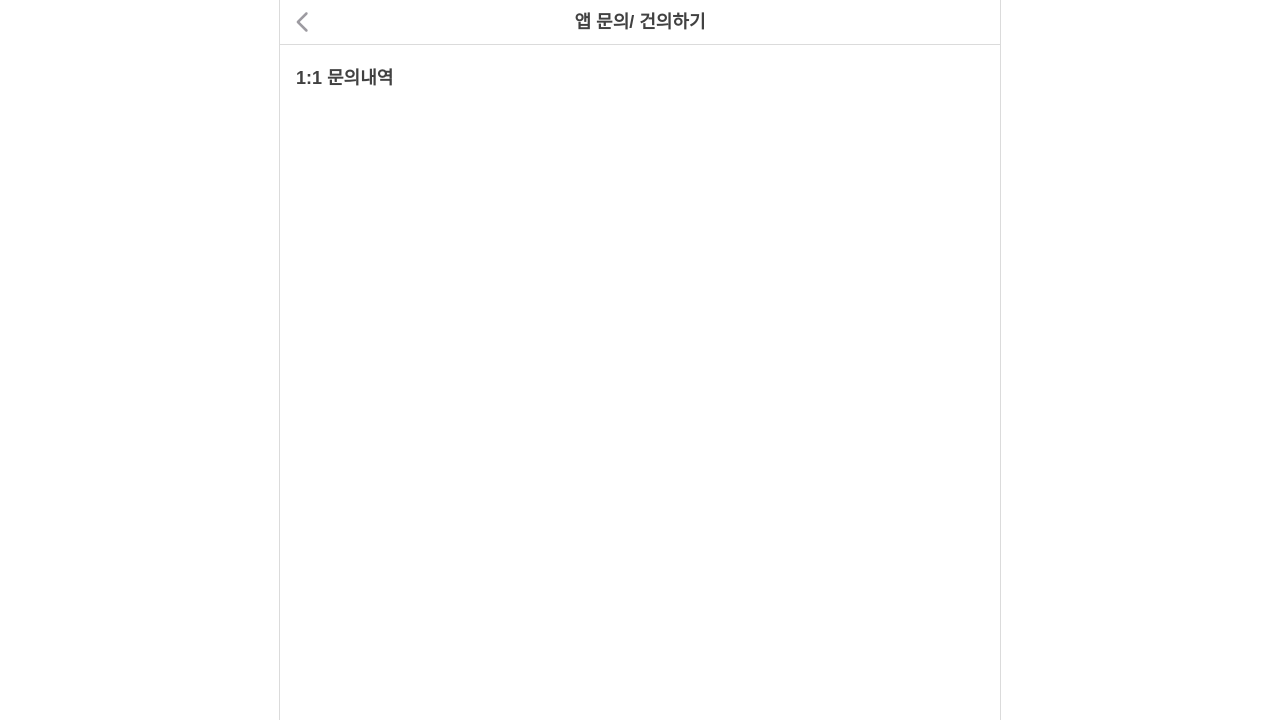
Repository: gosun1018/denguru
Page: my_complain_write.html
An editor plug-in stored every save of this project. The page is shown before and after the next save, followed by the edit.
The browser window is 1280 px wide. The pictures show the whole page.
Some web fonts or font styles are not loaded; a fallback is used. The style sheet was rebuilt from its Sass, Less or Tailwind sources for each picture, by a compiler version that may differ from the author's.

Above is the page before, as saved 2020-03-23 15:39:38.

### my_complain_write.html
<!DOCTYPE html>
<html lang="en">
<head>
    <meta charset="UTF-8">
    <meta name="viewport" content="width=device-width, initial-scale=1.0">
    <title>DENGURU:: 앱 문의/ 건의하기</title>
    <link rel="stylesheet" href="css/main.css">
</head>
<body>
    <div class="wrap">
        <header class="header03 header03_white">
            <h1 class="h_title">앱 문의/ 건의하기</h1>
            <div class="btn_box">
                <a href="javascript:history.back();" class="btn_goback btn_left">
                    <img src="images/icon-goback.svg" alt="이전페이지" class="icon">
                </a>
            </div>
        </header>

        <div class="main">
            <div class="pd_header03"></div>
            <div class="complain_container">
                <h2 class="title08">1:1 문의내역</h2>

                <div class="complain_write_container">
                    <form onsubmit="return false;">


                    </form>
                </div>
            </div>
        </div>
    </div>
</body>
</html>

### css/scss/main.scss
@charset "utf-8";

//utils
@import "utils/variables";
@import "utils/mixins";
@import "utils/animations";

// base
@import "base/reset";
@import "base/layout";
@import "base/typography";

//modules
@import "modules/swipercustom";
@import "modules/form";
@import "modules/button";
@import "modules/popup";
@import "modules/popover";
@import "modules/toast";
@import "modules/pagination";

//component
@import "component/header";
@import "component/navigation";
@import "component/itemlist";
@import "component/reviewlist";
@import "component/taglist";
@import "component/postlist";
@import "component/postcontent";

//pages
@import "pages/mainpg";
@import "pages/search";
@import "pages/resister-pet";
@import "pages/review";
@import "pages/home-item-info";
@import "pages/gostore";
@import "pages/password-mail-complete";
@import "pages/storelist";
@import "pages/my-main";
@import "pages/my-notification";
@import "pages/members";
@import "pages/withdrawal";
@import "pages/order-history";
@import "pages/mycomplain";

### css/scss/utils/_variables.scss
@import url(https://cdn.jsdelivr.net/gh/moonspam/NanumSquare@1.0/nanumsquare.css);

//base color
$main-color: #7953d0;//#5f4899;
$main-bold-color: #5b13d6;
$secondary-color: #ffb025;
$accent-color: #ff4d7e;//#d72d5c;
$primary-color: #0095c6;
$bg-gray-color: #f3f1f6;

//gray-scale
$gray-0: #fff;
$gray-1: #f5f5f5;
$gray-2: #dbdbdb;
$gray-3: #bdbdbd;
$gray-4: #9e9e9e;
$gray-5: #747474;
$gray-6: #616161;
$gray-7: #414141;
$gray-8: #141414;

//FONT

//font-color
$bold-font-color: $gray-8;
$base-font-color: $gray-7;
$light-font-color: $gray-6;
$x-light-font-color: $gray-5;
$main-font-color: $main-color;
$main-bold-font-color: $main-bold-color;
$accent-font-color: $accent-color;
$primary-font-color: $primary-color;

//font-family
$base-font-family: 'NanumSquare','Apple SD Gothic Neo','Malgun Gothic',arial,sans-serif;

//font-size
$base-font-size: 14px;
$xsmall-font-size: ceil($base-font-size * 0.71); //10px
$small-font-size: ceil($base-font-size * 0.85); //12px
$mid-font-size: ceil($base-font-size * 0.92); //13px
$large-font-size: ceil($base-font-size * 1.14); //16px

$title-font-size: ceil($base-font-size * 1.28); //18px

//line-height
$base-line-height: 1.4;
$narrow-line-height: 1.2;
$mid-line-height: 1.6;
$wide-line-height: 1.8;

//
$layout-base-padding: 16px;
$layout-small-padding: $layout-base-padding / 2;
$layout-large-padding: $layout-base-padding * 1.5;

// border
$base-border: 1px solid $gray-3;
$light-border: 1px solid $gray-2;
$x-light-border: 1px solid $gray-1;
$main-border: 1px solid $main-color;
$secondary-border: 1px solid $secondary-color;
$accent-border: 1px solid $accent-color;
$primary-border: 1px solid $primary-color;

//border-radius
$base-border-radius: 5px;
$large-border-radius: 10px;

// fixed component height
$gnb-bottom-height: $layout-base-padding * 3.5;
$nav-gostore-height: 48px;

$header-height01: $layout-base-padding * 3.5;
$header-height02: $layout-base-padding * 3.5;
$header-height03: 45px;
$header-height04: 45px;
$header-height05: 45px;
$header-height06: $layout-base-padding * 3.5;

### css/scss/utils/_mixins.scss
@mixin clearfix {
    &:after {
        content: '';
        display: block;
        clear: both;
    }
}

@mixin position-center($position) {
    position: $position;
    top: 50%;
    left: 50%;
    transform: translate(-50%, -50%);
}

@mixin one-line-ellipsis {
    white-space: nowrap;
    text-overflow: ellipsis;
    overflow: hidden;
}

@mixin multi-line-ellipsis ($line-height, $lines) {
    overflow: hidden;
    text-overflow: ellipsis;
    display: -webkit-box;
    -webkit-line-clamp: $lines;
    -webkit-box-orient: vertical;
    word-wrap: break-word;
    line-height: $line-height;
    height: $line-height * $lines * 1em;
}

@mixin circle ($box-size) {
    width: $box-size;
    height: $box-size;
    border-radius: $box-size / 2;
}

@mixin blind {
    position: absolute;
    overflow: hidden;
    clip: rect(0 0 0 0);
    margin: -1px;
    width: 1px;
    height: 1px;
}

@mixin layout-frame {
    width: 100%;
    max-width: 720px;
    min-width: 320px;
}

@mixin thumnail {
    position: relative;
    overflow: hidden;

    .img {
        position: absolute;
        top: 0;
        left: 0;
        width: 100%;
        height: 100%;
        object-fit: cover;
    }
}

@mixin thumnail-border($radius) {
    position: relative;

    &:after {
        content: '';
        position: absolute;
        top: 0;
        left: 0;
        width: 100%;
        height: 100%;
        box-sizing: border-box;
        border: 1px solid rgba($gray-2, 0.5);
        border-radius: $radius;
    }
}

@mixin btn-color-full($color) {
    background-color: $color;
    border: 1px solid $color;
}

### css/scss/utils/_animations.scss
@keyframes width-0-to-100 {
    from {
        width: 0;
    }

    to {
        width: 100%;
    }
}

### css/scss/base/_reset.scss
/* http://meyerweb.com/eric/tools/css/reset/
   v2.0 | 20110126
   License: none (public domain)
*/

html, body, div, span, applet, object, iframe, h1, h2, h3, h4, h5, h6, p, blockquote, pre, a, abbr, acronym, address, big, cite, code, del, dfn, em, img, ins, kbd, q, s, samp, small, strike, strong, sub, sup, tt, var, b, u, i, center, dl, dt, dd, ol, ul, li, fieldset, form, label, legend, table, caption, tbody, tfoot, thead, tr, th, td, article, aside, canvas, details, embed, figure, figcaption, footer, header, hgroup, menu, nav, output, ruby, section, summary, time, mark, audio, video {
    margin: 0;
    padding: 0;
    border: 0;
    font-size: 100%;
    font: inherit;
    vertical-align: baseline; }

  /* HTML5 display-role reset for older browsers */

  article, aside, details, figcaption, figure, footer, header, hgroup, menu, nav, section {
    display: block; }

  body {
    line-height: 1; }

  ol, ul {
    list-style: none; }

  blockquote, q {
    quotes: none; }

  blockquote {
    &:before, &:after {
      content: '';
      content: none; } }

  q {
    &:before, &:after {
      content: '';
      content: none; } }

  table {
    border-collapse: collapse;
    border-spacing: 0; }

  a {
    color: inherit;
    text-decoration: none;
  }
  :focus {
    outline-color: $main-color;
  }

### css/scss/base/_layout.scss
body {
    display: flex;
    min-height: 100vh;
    font-family: $base-font-family;
}
.blind {
    @include blind;
}
.clearfix {
    @include clearfix;
}
.wrap {
    display: flex;
    flex-direction: column;
    flex: 1;
    @include layout-frame;
    margin: 0 auto;
    background-color: $bg-gray-color;
}
@media screen and (min-width: 722px) {
    .wrap {
        border-right: $light-border;
        border-left: $light-border;
    }
}
.main {
    display: flex;
    flex-direction: column;
    min-height: 100vh;
}
.img_box {
    font-size: 0;

    .img {
        width: 100%;
        font-size: 12px;
    }
}
.vis_hidden {
    visibility: hidden;
}
.sect01 {
    padding: $layout-base-padding*3 0 0;
    margin-bottom: $layout-base-padding;
    background-color: $gray-0;

    .btn_box_bottom {
        margin-top: $layout-large-padding;
    }
    .btn_more {
        display: block;
        height: $layout-base-padding * 3;
        line-height: $layout-base-padding * 3;
        font-size: $base-font-size;
        border-top: $light-border;
        text-align: center;
        color: $main-font-color;
        font-weight: bold;

        .icon {
            width: 1.1em;
            vertical-align: middle;
        }
    }
}
.sect02 {
    padding: $layout-base-padding*3 0;
    margin-bottom: $layout-base-padding;
    background-color: $gray-0;

    .swiper-pagination {
        bottom: 0;
    }
    .items_wrap {
        padding-bottom: 10px;
    }
}
.sect03 {
    padding: $layout-small-padding;
    background-color: $gray-0;
}
.sect04 {
    margin-top: $layout-base-padding;
    background-color: $gray-0;
}
.sect05 {
    padding: $layout-large-padding 0;
    background-color: $gray-0;
}
.sect06 {
    padding: $layout-base-padding*2 0;
    background-color: $gray-0;
}
.sect_ad01 {
    font-size: 0;

    .bnr {
        width: 100%;
        font-size: 12px;
    }
}
.mt_head02 {
    margin-top: $layout-base-padding * 3.5;
}

### css/scss/base/_typography.scss
.txt_center {
    text-align: center;
}
.txt_left {
    text-align: left;
}
.txt_right {
    text-align: right;
}
.emph_color_main {color: $main-font-color;}
.emph_color_accent {color: $accent-font-color;}
.emph_color_primary {color: $primary-font-color;}
.title01 {
    margin: 0 $layout-base-padding $layout-large-padding;
    font-size: $title-font-size;
    font-weight: 900;
    color: $bold-font-color;

    .emph {
        color: $main-font-color;
    }
}
.title02 {
    font-size: $large-font-size;
    font-weight: bold;
    color: $bold-font-color;
}
.title03 {
    padding: 0 $layout-base-padding;
    margin-bottom: $layout-base-padding;
    font-size: $title-font-size;
    font-weight: 900;
    color: $bold-font-color;

    .emph {
        color: $main-font-color;
    }
}
.title04 {
    display: flex;
    justify-content: space-between;
    align-items: center;
    padding: 0 $layout-base-padding;
    height: 40px;
    border-bottom: $light-border;

    .tit {
        font-size: $large-font-size;
        font-weight: bold;
        color: $base-font-color;
    }
    .tit_sub01 {
        font-size: $base-font-size;
        color: $main-font-color;
    }
}
.title05 {
    margin: 0 $layout-base-padding;
    padding-top: $layout-small-padding;
    font-size: $large-font-size;
    font-weight: bold;
    color: $bold-font-color;

    .tit_sub {
        font-size: $mid-font-size;
        font-weight: normal;
        color: $base-font-color;
    }
}
.title06 {
    font-size: $large-font-size;
    color: $bold-font-color;
}
.title07 {
    font-size: $base-font-size;
    color: $bold-font-color;
}
.title08 {
    font-size: $title-font-size;
    font-weight: bold;
    color: $base-font-color;
}
.title09 {
    font-size: $large-font-size;
    font-weight: bold;
    color: $base-font-color;
}
.sub_title01 {
    padding-left: $layout-small-padding;
    margin: 0 $layout-base-padding;
    border-left: $base-border;
    font-size: $mid-font-size;
    color: $base-font-color;
    line-height: $base-line-height;

    .emph01 {
        font-size: 1.076em;
        font-weight: bold;
        color: $main-font-color;
    }
    .emph02 {
        font-weight: bold;
    }
}
.paragraph01 {
    font-size: $base-font-size;
    color: $base-font-color;
    line-height: $base-line-height;
}

### css/scss/modules/_swipercustom.scss
.swiper-pagination {

    .swiper-pagination-bullet {
        width: 10px;
        height: 10px;
    }
}
.swiper-container-horizontal>.swiper-pagination-bullets .swiper-pagination-bullet {
    margin: 0 $layout-small-padding;
}

.pagination_main {

    .swiper-pagination-bullet-active {
        background-color: $main-color;
    }
}
.swiper-pagination {font-size: 0;}

.items_wrap.swiper-container {
    padding: 0 $layout-base-padding 10px;
}

### css/scss/modules/_popover.scss
.popover_container {
    position: relative;
}
.popover {
    display: none;
    position: absolute;
    padding: 8px;
    border-radius: $base-border-radius;
    word-break: keep-all;
    font-size: $base-font-size;
    line-height: $base-line-height;
    box-shadow: 0 1px 4px rgba(0,0,0,0.15);

    &:before {
        content: '';
        position: absolute;
        display: block;
        width: 0;
        height: 0;
        border: 5px solid transparent;
    }
    &.show {
        display: block;
    }
}
.popover_main {
    background-color: $main-color;
    color: $gray-0;

    &.popover_right_top:before {
        border-bottom-color: $main-color;
    }
}
.popover_right_top{
    top: calc(100% + 5px);
    right: -3px;

    &:before {
        top: -10px;
        right: 5px;
    }
}

### css/scss/modules/_toast.scss
.toast_box {
    position: fixed;
    bottom: $gnb-bottom-height;
    left: $layout-base-padding;
    right: $layout-base-padding;
    display: flex;
    justify-content: center;
    align-items: center;
    padding: $layout-small-padding;
    min-height: 48px;
    box-sizing: border-box;
    background-color: rgba(0,0,0,0.85);
    color: #fff;
    font-size: $base-font-size;
    line-height: $base-line-height;
    text-align: center;
    word-break: keep-all;
    border-radius: $large-border-radius;
    overflow: hidden;
    visibility: hidden;
    opacity: 0;
    transition: opacity .5s, visibility .5s, transform .5s;
    z-index: 900;

    &.show {
        opacity: 1;
        visibility: visible;
        transform: translate(0, $layout-small-padding*-1);
    }
}

### css/scss/modules/_pagination.scss
.pagination01 {
    display: flex;
    justify-content: center;

    .page {
        height: 24px;
        min-width: 24px;
        padding: 0 3px;
        box-sizing: border-box;
        border-radius: 12px;
        margin: 0 4px;
        text-align: center;
        font-size: $base-font-size;
        line-height: 24px;
        color: $light-font-color;

        &.active {
            background-color: $main-color;
            color: $gray-0;
            font-weight: 900;
        }
        &.disabled {
            opacity: .5;
        }
    }
    .page_link {
        display: block;
        width: 100%;
        height: 100%;
    }
}

### css/scss/component/_taglist.scss
.tag_list01 {

    .tag_item {
        width: fit-content;
        float: left;

        .btn {
            margin: 0 4px;
        }
        &:first-child .btn {
            margin-left: $layout-base-padding;
        }
        &:last-child .btn {
            margin-right: $layout-base-padding;
        }

        &.active .btn {
            font-weight: bold;
            background-color: $secondary-color;
            border-color: $secondary-color;
        }
    }
}

### css/scss/component/_postlist.scss
.post_list_wrap {
    flex: 1;
    padding: $layout-small-padding 0 $layout-base-padding;
    background-color: $gray-0;

    .pagination01 {
        margin-top: $layout-base-padding * 2;
    }
}

.post_list01 {
    padding: 0 $layout-base-padding;

    .post_item {
        padding: $layout-base-padding 0;
        border-bottom: $light-border;
    }
    .post_date {
        margin-bottom: $layout-small-padding;
        font-size: $small-font-size;
        color: $light-font-color;
    }
    .post_title {
        font-size: $base-font-size;
        color: $bold-font-color;
        @include multi-line-ellipsis($base-line-height,2);
        height: auto;
        max-height: $base-line-height * 2em;

        .icon_new {
            height: 1em;
            vertical-align: middle;
        }
    }
}

### css/scss/component/_postcontent.scss
.post_content_wrap {
    flex: 1;
    display: flex;
    flex-direction: column;
}
.post_content_title_container {
    padding: $layout-base-padding;
    border-bottom: $light-border;

    .post_content_title {
        font-size: $large-font-size;
        line-height: $base-line-height;
        font-weight: bold;
        color: $base-font-color;
    }
    .post_content_date {
        margin-top: $layout-small-padding;
        font-size: $small-font-size;
        color: $light-font-color;
    }
}
.post_content_article {
    min-height: 200px;
    padding: $layout-large-padding $layout-base-padding;
    background-color: $gray-0;
    font-size: $mid-font-size;
    line-height: $mid-line-height;
    color: $base-font-color;
}
.post_content_link_container {
    flex: 1;
    padding: 0 $layout-base-padding;
    margin-top: $layout-base-padding;
    background-color: $gray-0;

    .post_content_link_box {
        margin-top: $layout-small-padding;
    }
    .post_content_link {
        display: flex;
        align-items: center;
    }
    .icon_box {
        width: 24px;
        height: 24px;

        .img {
            width: 100%;
            height: 100%;
        }
    }
    .post_page {
        margin: 0 $layout-small-padding;
        font-size: $mid-font-size;
        color: $base-font-color;
    }
    .post_title {
        font-size: $base-font-size;
        color: $bold-font-color;
        @include one-line-ellipsis;
    }

}

### css/scss/pages/_gostore.scss
.h_load_bar_box {
    display: none;
    width: 100%;
    height: 4px;
    background-color: $bg-gray-color;
    overflow: hidden;

    &.show {
        display: block;
    }

    .h_load_bar {
        width: 0;
        height: 100%;
        background-color: $main-color;
        border-radius: 0 2px 2px 0;
        animation: ease-in-out 5s forwards width-0-to-100;
    }
}

.load_gostore_container {
    display: none;
    flex: 1;
    box-sizing: border-box;
    flex-direction: column;
    background-color: $gray-0;

    &.show {
        display: flex;
    }

    .load_img_container {
        display: flex;
        flex: 7;
        justify-content: center;
        align-items: center;
    }
    .load_img_box {
        width: 140px;
        margin: 0 auto 22px;
    }
    .load_txt_box {
        text-align: center;

        .txt01 {
            font-size: 20px;
            color: $base-font-color;
            font-weight: 900;
        }
        .txt02 {
            margin-top: $layout-small-padding;
            font-size: $large-font-size;
            color: $base-font-color;
        }
        .emph {
            color: $main-font-color;
        }
    }
    .load_notice_container {
        display: flex;
        justify-content: center;
        align-items: center;
        flex: 3;
        background-color: $gray-1;
        text-align: center;
        font-size: $small-font-size;
        line-height: $base-line-height;
        color: $light-font-color;
    }
}
.page_store {
    display: none;
    flex: 1;
    overflow-y: auto;
    overflow-x: hidden;

    &.show {
        display: block;
    }
}

### css/scss/pages/_password-mail-complete.scss
.mail_complete_container {
    height: 100vh;
    display: flex;
    flex-direction: column;
    justify-content: center;
    align-items: center;
    background-color: $gray-0;

    .img_motion_box {
        width: 140px;
        margin: 0 auto;

        .img {
            width: 100%;
        }
    }
    .mail_complete_txt01 {
        margin-top: $layout-large-padding;
        text-align: center;
        font-size: 20px;
        line-height: $narrow-line-height;
        font-weight: 900;

        .emph {
            color: #8054ea;
        }
    }
    .mail_complete_txt02 {
        margin-top: 12px;
        text-align: center;
        font-size: $base-font-size;
        line-height: $base-line-height;
        color: $base-font-color;
    }
    .btn_box {
        margin-top: 60px;
        justify-content: center;
    }
    .btn_mail_success {
        width: 90px;
        height: 40px;
        font-size: $large-font-size;
        line-height: 40px;
    }
}

### css/scss/pages/_my-notification.scss
.notification_list_container {
    background-color: $gray-0;

    .notification_box {
        position: relative;
        padding: $layout-large-padding $layout-base-padding;

        &:not(:first-child):before {
            content: '';
            display: block;
            position: absolute;
            top: 0;
            left: $layout-base-padding;
            right: $layout-base-padding;
            height: 1px;
            background-color: $gray-1;
        }
    }
    .notification_new {
        background-color: $bg-gray-color;
    }
    .notification_link {
        display: flex;
    }
    .icon_box {
        flex-shrink: 0;
        width: 24px;
        height: 24px;
        margin-right: $layout-base-padding;
    }
    .notification_content {
        flex: 1;
    }
    .notification_title {
        font-size: $base-font-size;
        color: $bold-font-color;
        line-height: $base-line-height;
    }
    .notification_date {
        margin-top: 4px;
        font-size: $small-font-size;
        color: $light-font-color;
    }
    .notification_img {
        margin-top: $layout-base-padding;
    }
}

### css/scss/pages/_withdrawal.scss
.withdrawal_title_container {
    padding: $layout-base-padding*2 $layout-base-padding;
    background-color: $gray-0;

    .img_box {
        height: 64px;

        .img {
            height: 100%;
            object-fit: contain;
        }
    }
    .withdrawal_title {
        margin-top: $layout-base-padding;
        font-size: $title-font-size;
        font-weight: bold;
        color: $bold-font-color;
    }
}
.withdrawal_info_container {
    padding: $layout-large-padding 0;

    .withdrawal_item_num {
        font-weight: bold;
        color: $main-font-color;
    }
    .title07 {
        margin: 0 $layout-base-padding;
    }
}
.withdrawal_item_box {
    margin-bottom: $layout-large-padding;

    .withdrawal_item_list_container {
        margin-top: $layout-small-padding;
    }
    .thumb_box {
        width: 56px;
        height: 56px;
        overflow: hidden;
        border-radius: $base-border-radius;
        @include thumnail;
    }
    .withdrawal_item_bnr {
        margin: $layout-base-padding $layout-base-padding 0;
    }
}
.withdrawal_notice_box {
    padding: 0 $layout-base-padding;

    .withdrawal_notice {
        margin-top: $layout-small-padding;
        font-size: $small-font-size;
        color: $base-font-color;
        line-height: $base-line-height;
    }
}
.withdrawal_btn_container {
    flex: 1;
    padding: $layout-large-padding $layout-base-padding;
    background-color: $gray-0;

    .btn_box {
        margin-top: $layout-large-padding;
    }
}

Loaded but not shown: css/scss/component/_reviewlist.scss (472 lines, source omitted); css/scss/modules/_form.scss (411 lines, source omitted); css/scss/pages/_review.scss (397 lines, source omitted); css/scss/pages/_search.scss (393 lines, source omitted); css/scss/component/_header.scss (401 lines, source omitted); css/scss/component/_itemlist.scss (212 lines, source omitted); css/scss/modules/_popup.scss (207 lines, source omitted); css/scss/pages/_home-item-info.scss (180 lines, source omitted); css/scss/pages/_my-main.scss (173 lines, source omitted); css/scss/pages/_storelist.scss (163 lines, source omitted); css/scss/pages/_order-history.scss (143 lines, source omitted); css/scss/modules/_button.scss (175 lines, source omitted); css/scss/component/_navigation.scss (140 lines, source omitted); css/scss/pages/_mainpg.scss (124 lines, source omitted); css/scss/pages/_mycomplain.scss (110 lines, source omitted); css/scss/pages/_resister-pet.scss (116 lines, source omitted); css/scss/pages/_members.scss (106 lines, source omitted)

After the next save:
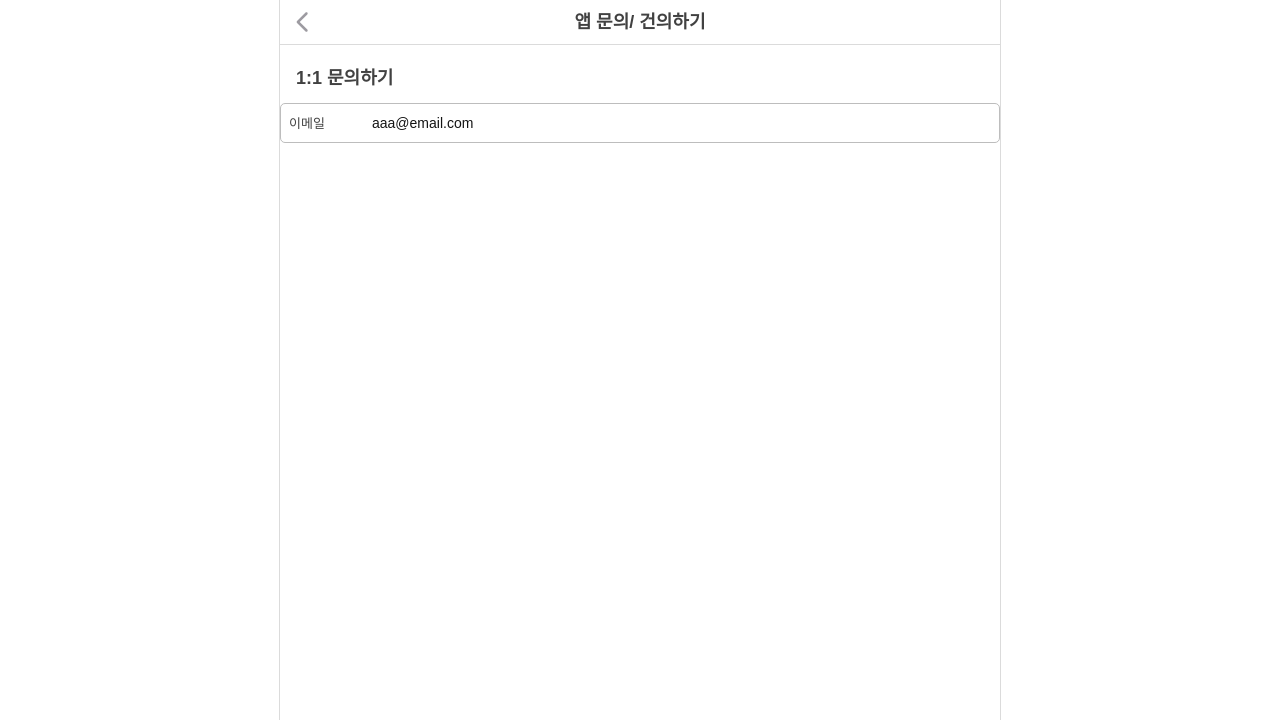
Saved 3 min 42 s later.
--- a/my_complain_write.html
+++ b/my_complain_write.html
@@ -20,11 +20,16 @@
         <div class="main">
             <div class="pd_header03"></div>
             <div class="complain_container">
-                <h2 class="title08">1:1 문의내역</h2>
+                <h2 class="title08">1:1 문의하기</h2>
 
                 <div class="complain_write_container">
                     <form onsubmit="return false;">
-
+                        <div class="inp_box04">
+                            <div class="inp_txt_box">
+                                <label for="complainEmail" class="lab_txt">이메일</label>
+                                <input type="email" "="" class="inp_txt js-input" id="complainEmail" value="aaa@email.com" label="이메일">
+                            </div>
+                        </div>
 
                     </form>
                 </div>
